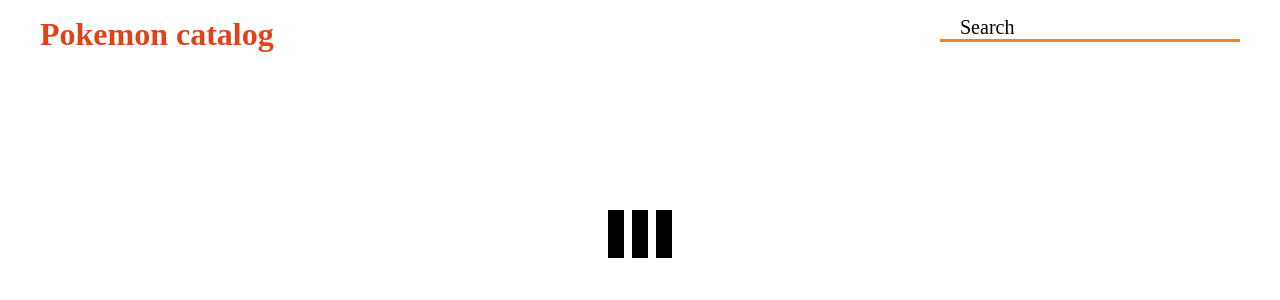
Repository: Ryszard-Penkala/pokemon-API
Page: index.html
The author's editor kept a copy of each file at every save. The page is drawn from the files as they stood at one save, then again after the next save.
The browser window is 1280 px wide. The pictures show the whole page.
The first visible `.header-main__searching` has the focus.
The page's requests for data from a server got no answer.

Above is the page before, as saved 2020-06-29 06:24:03.

### index.html
<!DOCTYPE html>
<html lang="en">
<head>
    <meta charset="UTF-8">
    <meta name="viewport" content="width=device-width, initial-scale=1.0">
    <link href="https://fonts.googleapis.com/css2?family=Lato:wght@400;700&amp;display=swap" rel="stylesheet">
    <link rel="stylesheet" href="assets/styles/styles.css">
    <title>Pokemon API</title>
</head>
<body>
    <main class="pokemon-app">
        <header class="header-main pokemon-app__header">
            <div class="header-main__catalog">
                <h1 class="header-main__heading">Pokemon catalog</h1>
            </div>
            <div class="header-main__search-bar">
                <input class="header-main__searching header-main__searching--active" type="text" name="search" id="search" placeholder="Search" autocomplete="off">
                <label for="search" class="header-main__search-label">Search</label>
            </div>
        </header>
        <section class="section-main pokemon-app__section" data-content>
            <p class="section-main__info hidden" data-info>There are no results</p>

        </section>
        <footer class="footer-main pokemon-app__footer">
            <div class="footer-main__load-bar">
                <button class="footer-main__load-button" data-load-button>Load more</button>
                <div class="footer-main__loader hidden" data-loader><div></div><div></div><div></div></div>
            </div>

        </footer>
    </main>


    <script src="assets/js/script.js"></script>
    <script>
        const Catalog = new pokemonAPICatalog();
        Catalog.init();
    </script>
</body>
</html>

### assets/styles/styles.css
:root{
  --primary-color: #e14318;
  --primary-color-light: #fdce10;
  --secondary-color: #ee8328;
  --secondary-color-light: #eedd7a;
  --tertiary-color: #207394;
}

*, *::before, *::after{
    margin: 0;
    padding: 0;
    box-sizing: border-box;
}
.body{
    display: flex;
    font-family: "Lato", sans-serif;
}

.pokemon-app{
    max-width: 1200px;
    margin: 0 auto;
}

.pokemon-app__section{
  padding-top: 20px;
}

.header-main{
    display: flex;
    justify-content: space-between;
    padding: 1rem 0;
}

.header-main__catalog{
    display: inline-block;
    color: var(--primary-color);
}

.header-main__search-bar{
    display: flex;
    flex-direction: column;
}

.header-main__searching{
  border: none;
  width: 300px;
  font-size: 20px;
  border-bottom: 3px solid var(--primary-color);
  font-family: inherit;

}

.header-main__searching::placeholder{
  color: #000;
  padding-left: 20px;
}

.header-main__searching:focus{
  outline: none;
  border-bottom: 3px solid var(--secondary-color);
}

.header-main__search-label{
  padding-left: 20px;
  margin-top: 5px;
  font-size: 20px;
  width: 300px;
  transition: opacity 0.5s, visibility 0.5s, transform 0.5s;
}

.header-main__searching:placeholder-shown + .header-main__search-label{
  opacity: 0;
  visibility: hidden;
  transform: translateY(-40px);
}

.section-main{
    display: grid;
    grid-gap: 25px;
    grid-template-columns: repeat(auto-fit, minmax(250px, 1fr));
}

.section-main__info{
  margin: auto;
  font-size: 26px;
  color: #000;
}
.section-main__card{
    width: 250px;
    margin: 0 auto;
}
.card__header{
    display: flex;
    justify-content: space-between;
    line-height: 24px;
}

.card__name{
    font-size: 24px;
}

.card__image{
    width: 250px;
}

.card--bold{
    font-weight: 700;
}

.footer-main__load-button{
  display: block;
  margin: 5rem auto;
  height: 5rem;
  width: 20rem;
  font-size: 24px;
  border: 5px solid;
  cursor: pointer;
}

.footer-main__load-button:hover{
  color: white;
  background-color: black;
  border: 5px solid black;
}

.footer-main__loader {
    display: block;
    position: relative;
    width: 80px;
    height: 5rem;
    margin: 5rem auto;
  }
  .footer-main__loader div {
    display: inline-block;
    position: absolute;
    left: 8px;
    width: 16px;
    background: #000;
    animation: footer-main__loader 1.2s cubic-bezier(0, 0.5, 0.5, 1) infinite;
  }
  .footer-main__loader div:nth-child(1) {
    left: 8px;
    animation-delay: -0.24s;
  }
  .footer-main__loader div:nth-child(2) {
    left: 32px;
    animation-delay: -0.12s;
  }
  .footer-main__loader div:nth-child(3) {
    left: 56px;
    animation-delay: 0;
  }
  @keyframes footer-main__loader {
    0% {
      top: 8px;
      height: 5rem;
    }
    50%, 100% {
      top: 24px;
      height: 3rem;
    }
  }

.hidden{
    display: none;
    background-color: green;
  }

### assets/js/script.js
class pokemonAPICatalog {
    constructor() {
        this.catalog = null;
        this.cards = [];
        this.newCards = [];
        this.page = 1;

        this.content = null;
        this.loadButton = null;
        this.loader = null;
        this.search = null;
        this.card = null;
        this.info = null;

        this.API = "https://api.pokemontcg.io";
        this.API_VERSION= "v1";
        this.API_RESOURCE = "cards?pageSize=4&page=2";
        this.API_PAGE_SIZE = "pageSize=4"
        this.API_PAGE = "page="

        this.API_ENDPOINT = `${this.API}/${this.API_VERSION}/${this.API_RESOURCE}?${this.API_PAGE_SIZE}&${this.API_PAGE}${this.page}`;

        this.UiSelectors = {
            content : `[data-content]`,
            loadButton : `[data-load-button]`,
            loader : `[data-loader]`,
            search : `search`,
            card : `[data-card]`,
            info : `[data-info]`,
        }
    }
    init(){
        this.catalog = document.querySelector(this.UiSelectors.content);
        this.loadButton = document.querySelector(this.UiSelectors.loadButton);
        this.loader = document.querySelector(this.UiSelectors.loader);
        this.search = document.getElementById(this.UiSelectors.search);
        this.info = document.querySelector(this.UiSelectors.info);
        this.pullCards(this.API_ENDPOINT);
        this.loadButton.addEventListener("click",()=>{
            this.updateAPI_ENDPOINT();
            this.pullCards(this.API_ENDPOINT);
        });
        this.search.addEventListener("keyup", () => this.searchCards());
    }

    updateAPI_ENDPOINT(){
        this.page ++;
        this.API_ENDPOINT = `${this.API}/${this.API_VERSION}/${this.API_RESOURCE}?${this.API_PAGE_SIZE}&${this.API_PAGE}${this.page}`;
    }

    updateClassList(){
        this.loadButton.classList.toggle('hidden');
        this.loader.classList.toggle('hidden');
    }

    async pullCards(url){
        this.updateClassList();
        const { cards } = await this.fetchData(url)
        this.cards.push(...cards);
        this.newCards = [...cards];
        this.addCards(this.newCards);
        this.updateClassList();
    }


    async fetchData(url){
        const response = await fetch(url);
        const parsedResponse = await response.json();

        return parsedResponse;
    }

    addCards(cards){
        this.newCards.map(card => {
            this.catalog.insertAdjacentHTML("beforeend", this.drawCard(card))
        });
    }

    drawCard(card){
        return(
            `<span class="section-main__card" id=${card.id} data-card>
                <header class="card__header">
                    <span class="card__name card--bold">${card.name}</span>
                    <span class="card__id">Nr: ${card.number}</span>
                </header>
                <img src=${card.imageUrl} class="card__image">
                <footer class="card_footer">
                    <div class="card__supertype">
                        <span class="card__supertype card--bold">Supertype : </span>
                        ${card.supertype}
                    </div>
                    <div class="card__subtype ${card.subtype ? '' : ` hidden`}">
                        <span class="card__subtype card--bold">Subtype : </span>
                        ${card.subtype}
                    </div>
                    <div class="card__rarity" ${card.rarity ? '' : ' hidden'}>
                        <span class="card__rarity card--bold">Rarity : </span>
                        ${card.rarity}
                    </div>
                </footer>
            </span>`
        )
    }

    searchCards(){
        const searchValue = this.search.value.toLowerCase();

        searchValue.length
        ? this.loadButton.classList.add(`hidden`)
        : this.loadButton.classList.remove(`hidden`);

        document.querySelectorAll(this.UiSelectors.card).forEach((el) => {
            return el.classList.remove('hidden');
        });

        const filteredCards = this.cards.filter(
            ({ name }) => !name.toLowerCase().includes(searchValue),
        );

        filteredCards.length === this.cards.length
        ? this.info.classList.remove(`hidden`)
        : this.info.classList.add(`hidden`);

        filteredCards.forEach(({ id }) => {
            document.getElementById(id).classList.add(`hidden`)
        });
    }
}

After the next save:
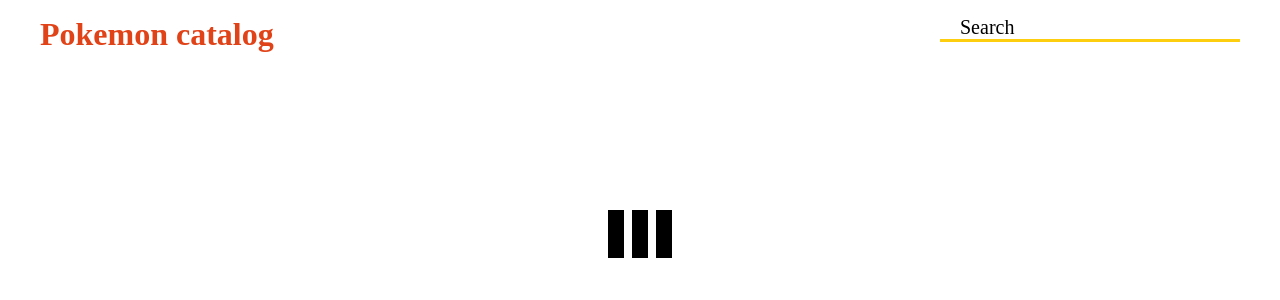
Saved 21 s later.
--- a/assets/styles/styles.css
+++ b/assets/styles/styles.css
@@ -57,7 +57,7 @@
 
 .header-main__searching:focus{
   outline: none;
-  border-bottom: 3px solid var(--secondary-color);
+  border-bottom: 3px solid var(--primary-color-light);
 }
 
 .header-main__search-label{
